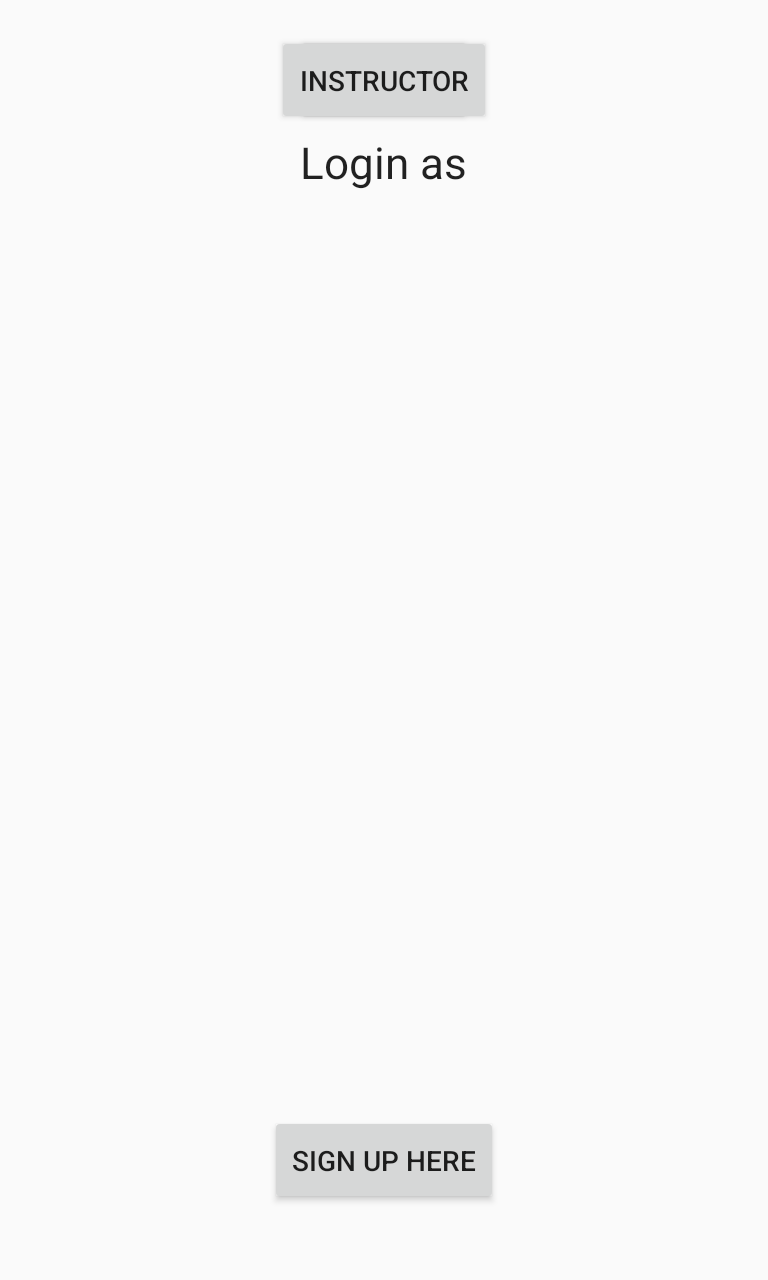
Repository: shuktika12163/ReWise
Layout: ReWise/res/layout/activity_main_login.xml
These files come from the project's save history. The layout is drawn as it stood at one moment and after the next save; the edit follows.
It is drawn on a 768 x 1280 px phone screen (xhdpi) without system bars, with theme AppTheme; the app's code is not run.

Above is the layout before, as saved 2014-10-29 13:38:15.

### ReWise/res/layout/activity_main_login.xml
<RelativeLayout xmlns:android="http://schemas.android.com/apk/res/android"
    xmlns:tools="http://schemas.android.com/tools"
    android:layout_width="match_parent"
    android:layout_height="match_parent"
    android:paddingBottom="@dimen/activity_vertical_margin"
    android:paddingLeft="@dimen/activity_horizontal_margin"
    android:paddingRight="@dimen/activity_horizontal_margin"
    android:paddingTop="@dimen/activity_vertical_margin"
    tools:context="com.example.rewise.MainActivityLogin" >

    <Button
        android:id="@+id/button1"
        android:layout_width="wrap_content"
        android:layout_height="wrap_content"
        android:layout_alignParentBottom="true"
        android:layout_centerHorizontal="true"
        android:layout_marginBottom="20dp"
        android:text="Sign up here" />

    <TextView
        android:id="@+id/textView1"
        android:layout_width="wrap_content"
        android:layout_height="wrap_content"
        android:layout_alignParentTop="true"
        android:layout_centerHorizontal="true"
        android:layout_marginTop="50dp"
        android:text="Login as"
        android:textAppearance="?android:attr/textAppearanceLarge" />

    <Button
        android:id="@+id/btn_stu_login"
        android:layout_width="wrap_content"
        android:layout_height="wrap_content"
        android:layout_centerHorizontal="true"
        android:layout_below="@+id/btn_inst_login"
        android:text="Student" />

    <Button
        android:id="@+id/btn_instr_login"
        android:layout_width="wrap_content"
        android:layout_height="wrap_content"

        android:layout_centerHorizontal="true"
        android:layout_marginBottom="14dp"
        android:text="Instructor" />

</RelativeLayout>

Loaded but not shown: ReWise/res/values/styles.xml (common file); ReWise/res/values-v11/styles.xml (common file); ReWise/res/values-v14/styles.xml (common file); ReWise/res/values/dimens.xml (common file); ReWise/res/values-w820dp/dimens.xml (common file)

After the next save:
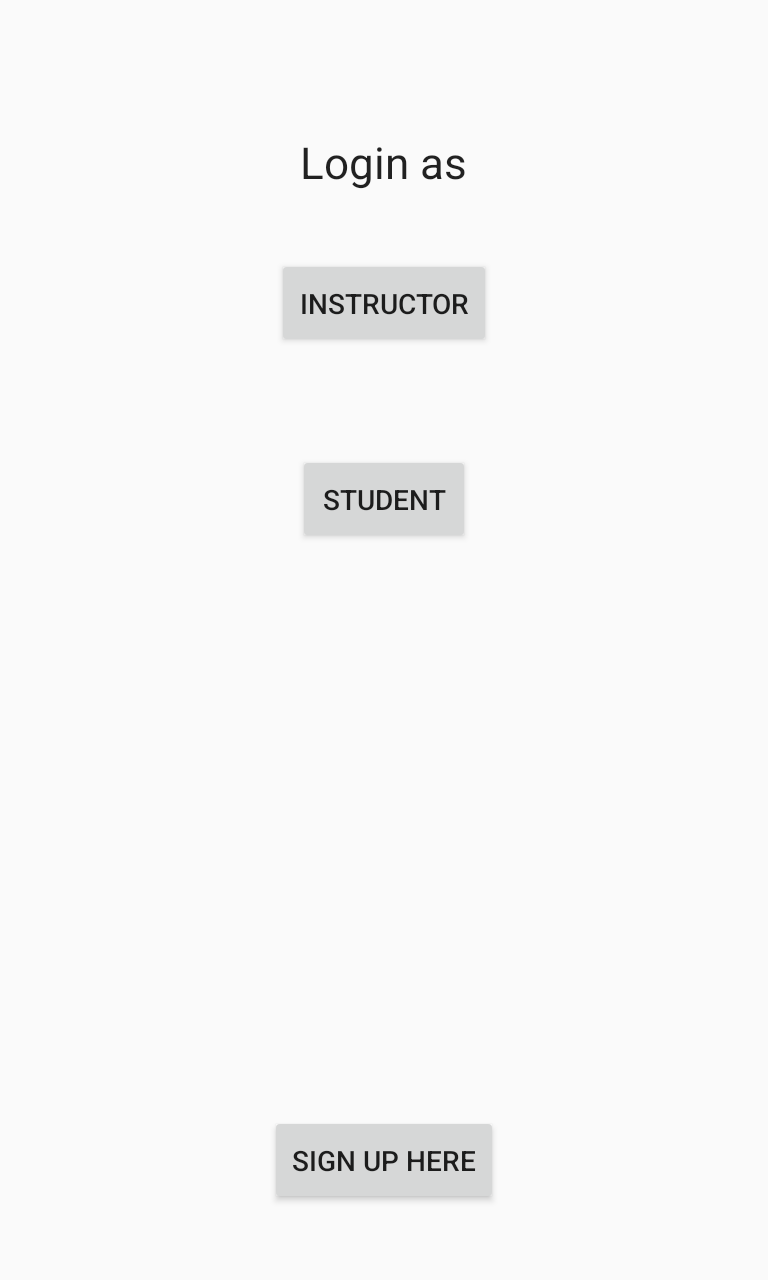
Saved 98 s later.
--- a/ReWise/res/layout/activity_main_login.xml
+++ b/ReWise/res/layout/activity_main_login.xml
@@ -28,20 +28,21 @@
         android:textAppearance="?android:attr/textAppearanceLarge" />
 
     <Button
+        android:id="@+id/btn_instr_login"
+        android:layout_width="wrap_content"
+        android:layout_height="wrap_content"
+        android:layout_below="@+id/textView1"
+        android:layout_centerHorizontal="true"
+        android:layout_marginTop="32dp"
+        android:text="Instructor" />
+
+    <Button
         android:id="@+id/btn_stu_login"
         android:layout_width="wrap_content"
         android:layout_height="wrap_content"
+        android:layout_below="@+id/btn_instr_login"
         android:layout_centerHorizontal="true"
-        android:layout_below="@+id/btn_inst_login"
+        android:layout_marginTop="50dp"
         android:text="Student" />
 
-    <Button
-        android:id="@+id/btn_instr_login"
-        android:layout_width="wrap_content"
-        android:layout_height="wrap_content"
-
-        android:layout_centerHorizontal="true"
-        android:layout_marginBottom="14dp"
-        android:text="Instructor" />
-
 </RelativeLayout>
